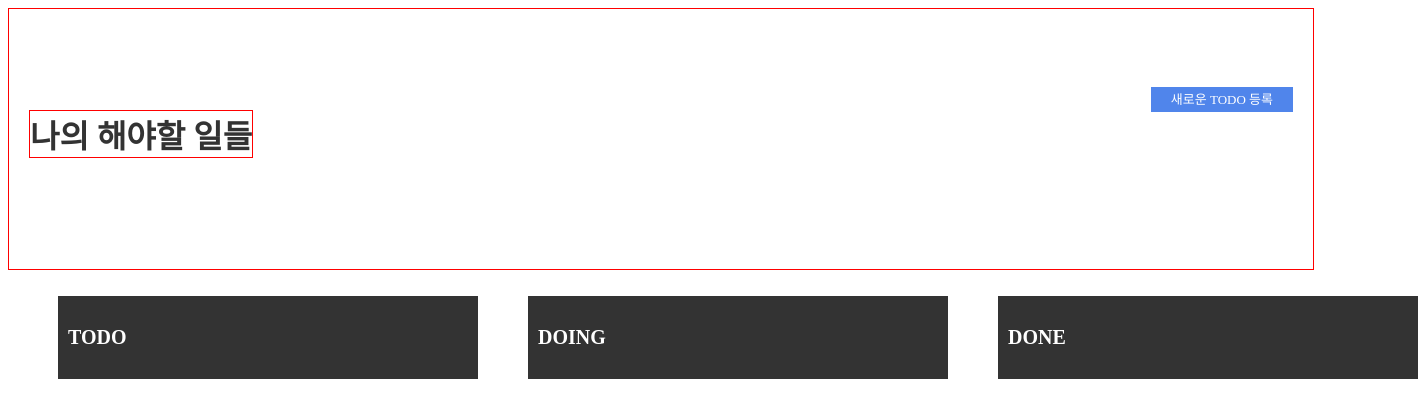
Repository: estellechoi/jsp-project-todo
Page: http://localhost/todo/MainServlet
These files come from the project's save history. The page is drawn as it stood at one moment and after the next save; the edit follows.
The browser window is 1280 px wide. The page is 1418 px wide, so the pictures cover 1418 px, including what lies to the right of the window. The pictures show the whole page.
The page is served by Tomcat 9. Queries for data that is not in the repository find no rows.

Above is the page before, as saved 2019-12-08 07:45:05.

After the next save:
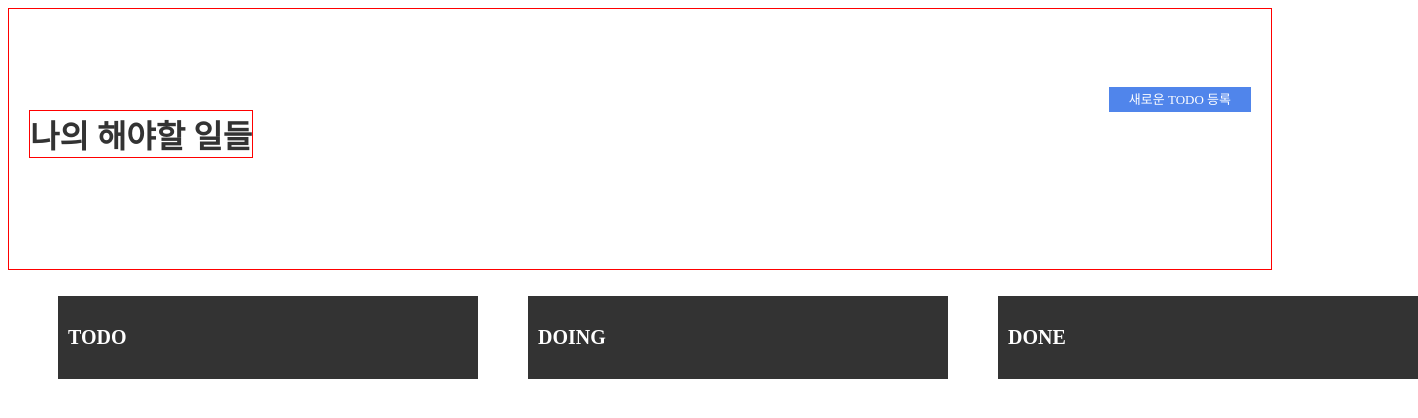
Saved 9 s later.
--- a/todo/src/main/webapp/jsp/main.jsp
+++ b/todo/src/main/webapp/jsp/main.jsp
@@ -26,7 +26,6 @@
 
 	header {
  		height: 100px;
- 		width: 100%;
  		padding: 80px 20px;
 		border: 1px solid red;
 	}
